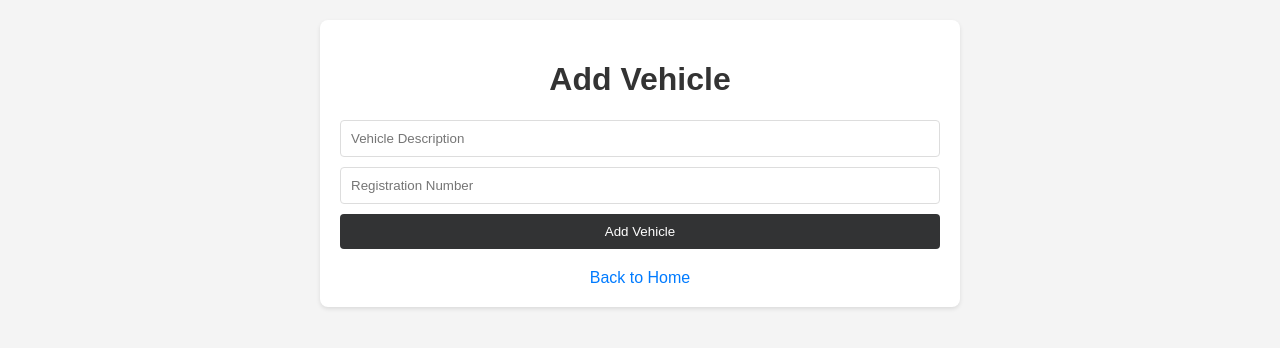
Repository: lasity34/fuel-consumption-api
Page: public/add-vehicle.html
The author's editor kept a copy of each file at every save. The page is drawn from the files as they stood at one save, then again after the next save.
The browser window is 1280 px wide. The pictures show the whole page.

Above is the page before, as saved 2023-11-30 10:28:29.
Console error: SyntaxError: Cannot use import statement outside a module

### public/add-vehicle.html
<!DOCTYPE html>
<html lang="en">
<head>
    <meta charset="UTF-8">
    <title>Add Vehicle</title>
    <link rel="stylesheet" href="./add-vehicle.css">
</head>
<body>
    <div class="container">
        <h1>Add Vehicle</h1>
        <form id="addVehicleForm">
            <input type="text" id="description" name="description" placeholder="Vehicle Description" required>
            <input type="text" id="regNumber" name="regNumber" placeholder="Registration Number" required>
            <button type="submit">Add Vehicle</button>
        </form>
        <div id="message" class="message"></div>
        <a href="index.html" class="back-link">Back to Home</a>
    </div>

    <script src="add-vehicle.js"></script>
</body>
</html>

### public/add-vehicle.css
body {
    font-family: Arial, sans-serif;
    background-color: #f4f4f4;
    margin: 0;
    padding: 20px;
}

.container {
    max-width: 600px;
    margin: auto;
    background: white;
    padding: 20px;
    border-radius: 8px;
    box-shadow: 0 2px 4px rgba(0, 0, 0, 0.1);
}

h1 {
    color: #333;
    text-align: center;
}

form {
    display: flex;
    flex-direction: column;
    gap: 10px;
}

input[type="text"] {
    padding: 10px;
    border: 1px solid #ddd;
    border-radius: 4px;
}

button {
    background-color: #323334;
    color: white;
    padding: 10px 20px;
    border: none;
    border-radius: 4px;
    cursor: pointer;
}

button:hover {
    background-color: #5c5c5c;
}

.message {
    margin-top: 15px;
    padding: 10px;
    border-radius: 5px;
    display: none;
}

.message.success, .message.error {
    display: block;
}

.message.success {
    background-color: #28a745;
    color: white;
}

.message.error {
    background-color: #dc3545;
    color: white;
}

.back-link {
    display: block;
    margin-top: 20px;
    text-align: center;
    color: #007bff;
    text-decoration: none;
}

.back-link:hover {
    text-decoration: underline;
}

### public/add-vehicle.js
import axios from "axios"


// get values for description + reg number
// post into api
// display and implent regex/error/success

document.getElementById("addVehicleForm").addEventListener("submit", async (event) => {
    event.preventDefault();

    const description = document.getElementById("description").value;
    const regNumber = document.getElementById("regNumber").value;
    const messageElement = document.getElementById("message");

    try {
        const response = await axios.post('/api/vehicle', { description, regNumber });
        if (response.data.status === "success") {
            messageElement.textContent = "Vehicle Added Successfully";
            messageElement.className = "message success"; // Add success class
        } else {
            messageElement.textContent = response.data.message;
            messageElement.className = "message error"; // Add error class
        }
    } catch (error) {
        console.error("Error adding vehicle:", error);
        messageElement.textContent = "An error occurred while adding the vehicle.";
        messageElement.className = "message error"; // Add error class
    }

    setTimeout(() => {
        messageElement.textContent = "";
        messageElement.className = "message";
    }, 3000); // Clear message after 3 seconds
});

After the next save:
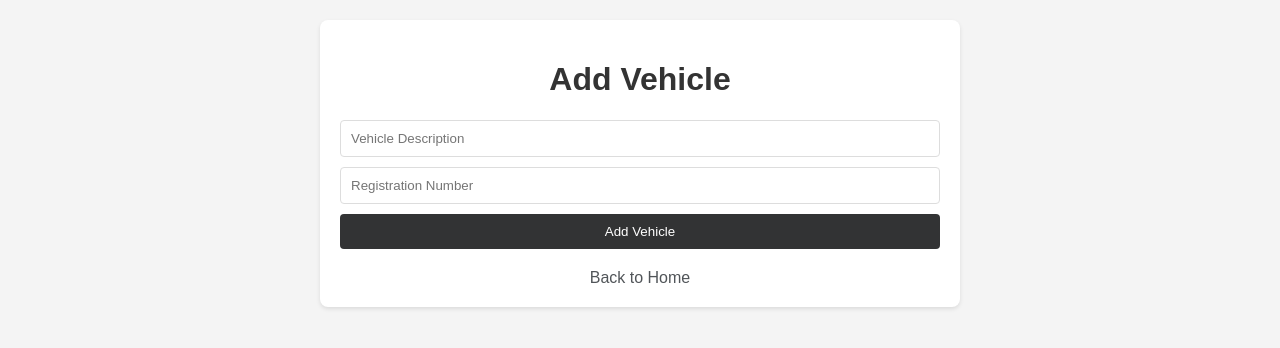
Saved 17 s later.
--- a/public/add-vehicle.css
+++ b/public/add-vehicle.css
@@ -69,7 +69,7 @@ button:hover {
     display: block;
     margin-top: 20px;
     text-align: center;
-    color: #007bff;
+    color: #515559;
     text-decoration: none;
 }
 
